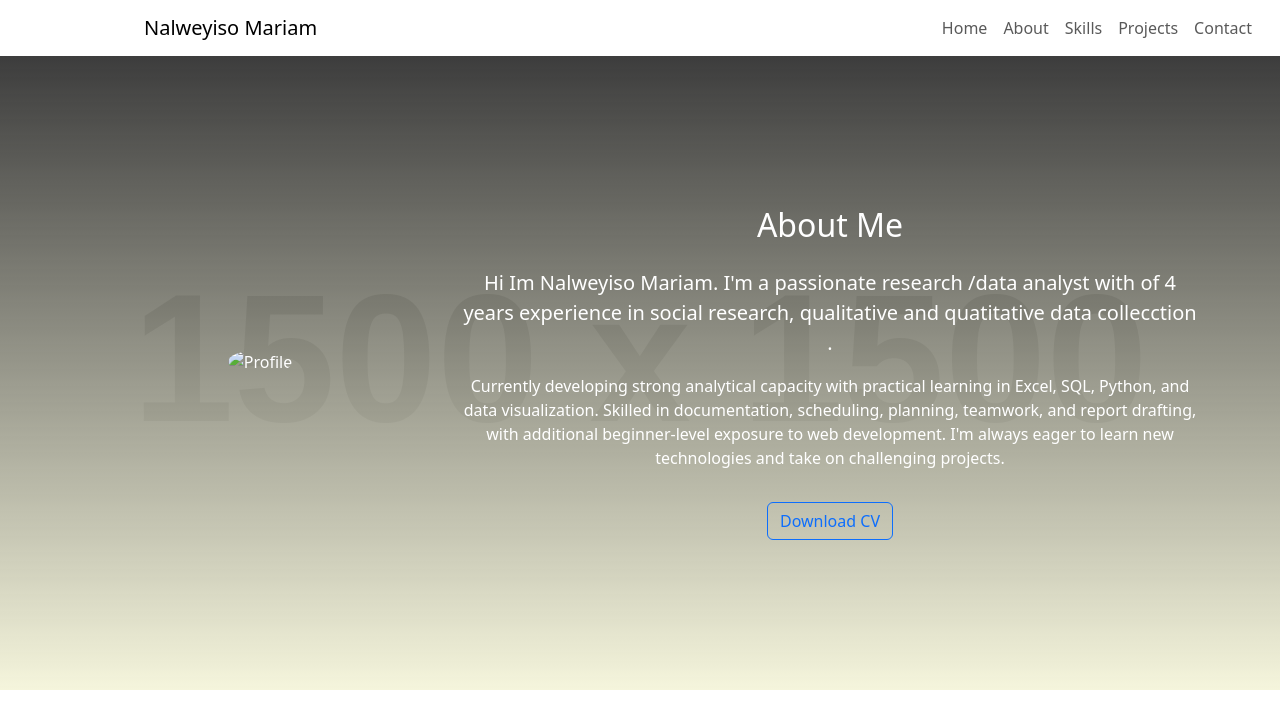
Repository: NalweMari/My-Personal-Portfolio
Page: index.html
These files come from the project's save history. The page is drawn as it stood at one moment and after the next save; the edit follows.
The browser window is 1280 px wide. The pictures show the whole page.

Above is the page before, as saved 2025-11-27 13:14:23.
Console error (its wording comes from the project's code and is left out).

### index.html
<!DOCTYPE html>
<html lang="en">

<head>
    <meta charset="UTF-8">
    <meta name="viewport" content="width=device-width, initial-scale=1.0">
    <title>My Portfolio</title>
    <link rel="stylesheet" href="style.css">
    <!-- Bootstrap CSS -->
    <link href="https://cdn.jsdelivr.net/npm/bootstrap@5.3.0/dist/css/bootstrap.min.css" rel="stylesheet">
    <!-- Font Awesome for icons -->
    <link rel="stylesheet" href="https://cdnjs.cloudflare.com/ajax/libs/font-awesome/6.4.0/css/all.min.css">

</head>

<body>
    <!-- Navigation -->

    <nav class="navbar navbar-expand-lg navbar-light bg-custom">
        <div class="container me-2">
            <a class="navbar-brand" href="#">Nalweyiso Mariam</a> <button class="navbar-toggler" type="button" data- 6
                toggle="collapse" data-target="#navbarNav" aria-controls="navbarNav" aria-expanded="false"
                aria-label="Toggle navigation"> <span class="navbar-toggler-icon"></span> </button>
            <div class="collapse navbar-collapse" id="navbarNav">
                <ul class="navbar-nav ms-auto">
                    <a class="nav-link" href="#">Home</a>
                    </li>
                    <li class="nav-item">
                        <a class="nav-link" href="#">About</a>
                    </li>
                    <li class="nav-item">
                        <a class="nav-link" href="#">Skills</a>
                    </li>
                    <li class="nav-item">
                        <a class="nav-link" href="#">Projects</a>
                    </li>
                    <li class="nav-item">
                        <a class="nav-link" href="#">Contact</a>
                    <li class="nav-item active">
                </ul>
            </div>
        </div>
    </nav>

    <!-- Hero Section -->

    <section id="home" class="hero-section text-center">
        <div class="container">
            <div class="row align-items-center">
                <div class="col-md-4 text-center mb-4">
                    <img src="" alt="Profile" class="img-fluid rounded-circle">
                </div>
                <div class="col-md-8">
                    <h2 class="mb-4">About Me</h2>
                    <p class="lead">Hi Im Nalweyiso Mariam. I'm a passionate research /data analyst with of 4 years
                        experience in social research, qualitative and quatitative data collecction .</p>
                    <p>Currently developing strong analytical capacity with practical learning in Excel, SQL, Python,
                        and data visualization. Skilled in documentation, scheduling, planning, teamwork, and report
                        drafting, with additional beginner-level exposure to web development. I'm always eager to learn
                        new technologies and take on challenging projects.</p>
                    <a href="#" class="btn btn-outline-primary mt-3">Download CV</a>
                </div>
            </div>
        </div>
        <script src="https://stackpath.bootstrapcdn.com/bootstrap/4.5.2/js/bootstrap.min.js"></script>
</body>

</html>

### Style.css
.bg-custom {
background-color: LI;
}
.hero-section {
  background: linear-gradient(rgba(0, 0, 0, 0.7), beige),
    url("https://via.placeholder.com/1500") center/cover no-repeat;
  color: white;
  padding: 150px 0;
}
.skill-bar {
  height: 20px;
  background-color: #e9ecef;
  border-radius: 5px;
  margin-bottom: 15px;
}
.skill-progress {
  height: 100%;
  border-radius: 5px;
  background-color: #0d6efd;
}
.project-card {
  transition: transform 0.3s;
}
.project-card:hover {
  transform: translateY(-5px);
}

After the next save:
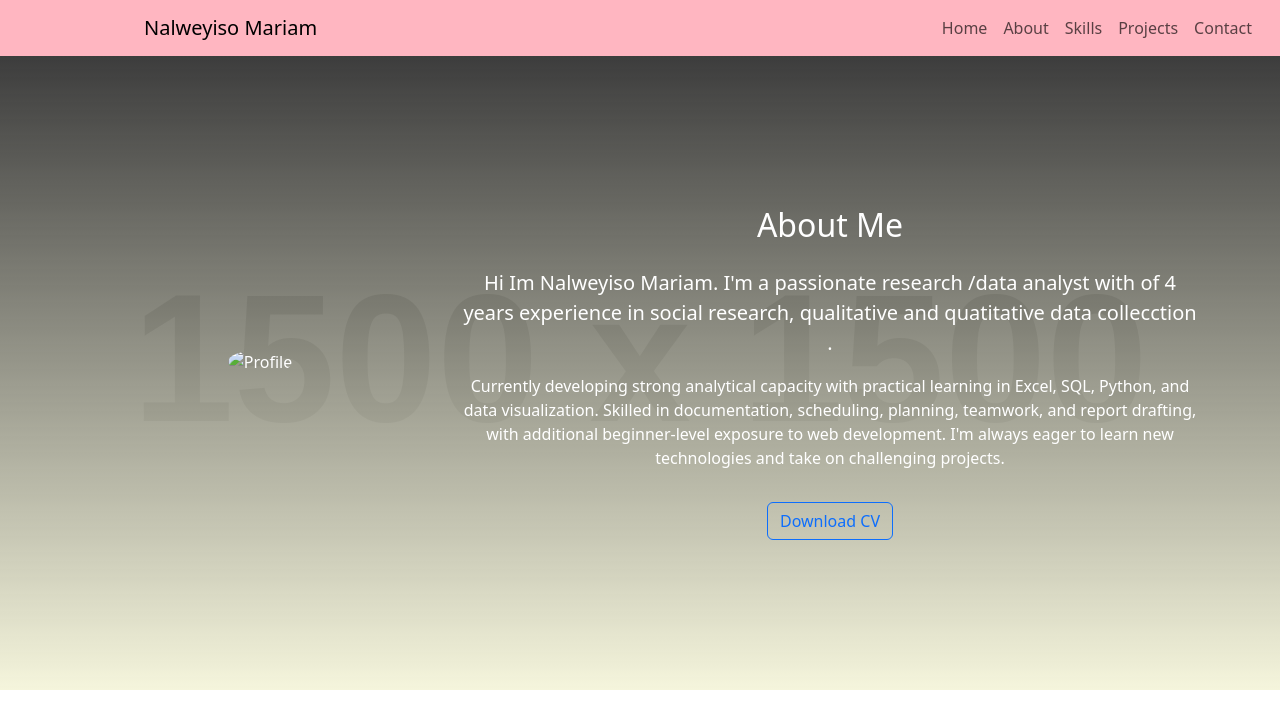
Saved 6 s later.
--- a/Style.css
+++ b/Style.css
@@ -1,5 +1,5 @@
 .bg-custom {
-background-color: LI;
+background-color: lightpink;
 }
 .hero-section {
   background: linear-gradient(rgba(0, 0, 0, 0.7), beige),
